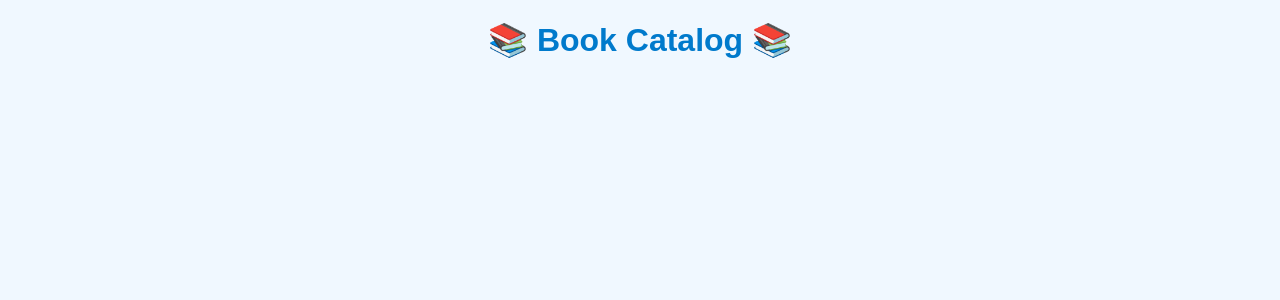
Repository: kaitlynlew/Book-Catalog
Page: /
The author's editor kept a copy of each file at every save. The page is drawn from the files as they stood at one save, then again after the next save.
The browser window is 1280 px wide. The pictures show the whole page.
The project was rebuilt for these pictures with package versions that can differ from the ones it lists, and the page was loaded fresh each time. Also part of the build but not shown: vite.config.js.

Above is the page before, as saved 2025-09-14 00:05:02.

### index.html
<!doctype html>
<html lang="en">

<head>
  <meta charset="UTF-8" />
  <meta name="viewport" content="width=device-width, initial-scale=1.0" />
  <title>📚 Book Catalog</title>
</head>

<body>
  <div id="root"></div>
  <script type="module" src="/src/main.jsx"></script>
</body>

</html>

### src/App.jsx

function App() {
  return <h1>📚 Book Catalog 📚</h1>;
}

export default App;

### src/App.css
/* index.css */
body {
  background-color: #f0f8ff;
  font-family: sans-serif;
}

h1 {
  color: #007acc;
  text-align: center;
}

Loaded but not shown: src/main.jsx (common file)

After the next save:
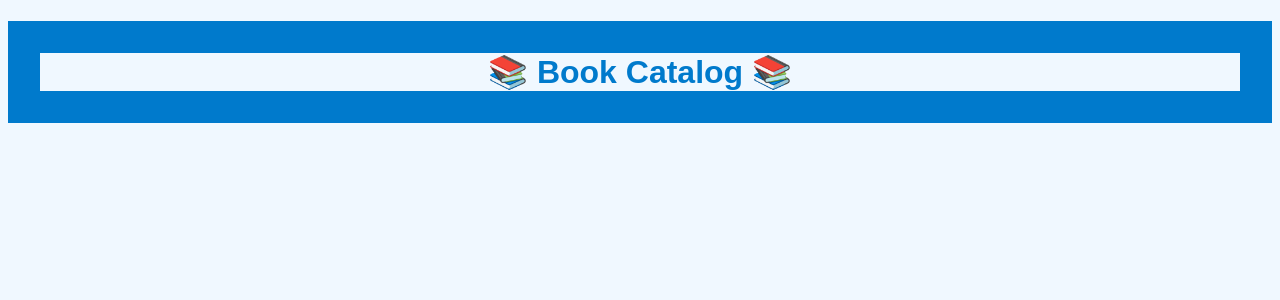
Saved 2 min 29 s later.
--- a/src/App.css
+++ b/src/App.css
@@ -7,4 +7,5 @@ body {
 h1 {
   color: #007acc;
   text-align: center;
+  border: 2rem solid #007acc;
 }
